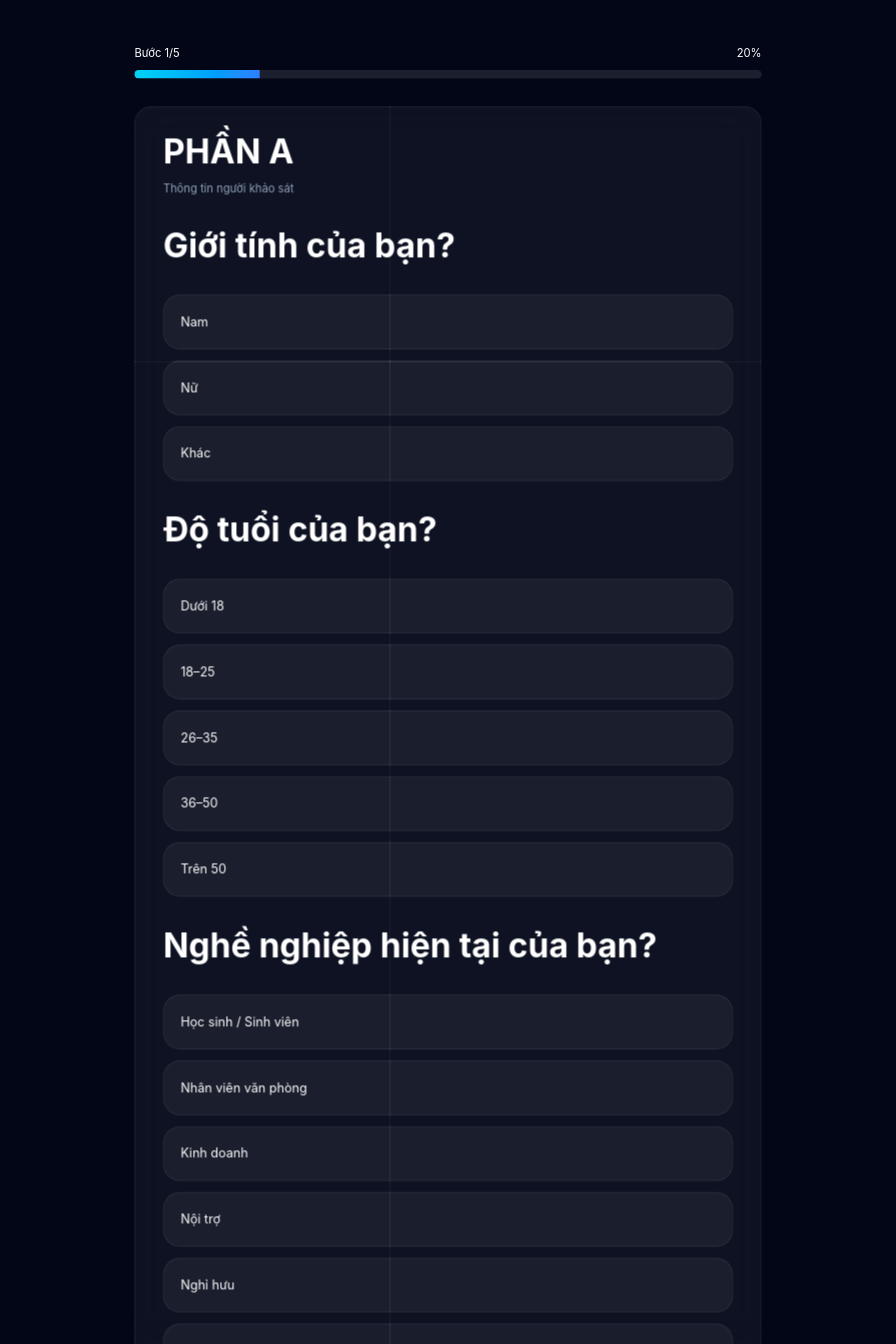
Repository: LuongPTCE181311/smart-pillow-survey
Page: /survey (app in frontend/)
These files come from the project's save history. The page is drawn as it stood at one moment and after a run of saves; the edit follows.
The browser window is 1280 px wide. The pictures show the part of the page from y = 0 to 1920 px (the page is 3074 px tall before and 2474 px after), at 70% of full size.
The project was rebuilt for these pictures with package versions that can differ from the ones it lists, and the page was loaded fresh each time. Also part of the build but not shown: frontend/vite.config.js, frontend/src/components/Navbar.jsx, frontend/src/components/AnimatedBackground.jsx, frontend/src/components/ProductShowcase.jsx, frontend/src/components/HeroSection.jsx, frontend/src/components/VideoSection.jsx, frontend/src/components/ProblemSection.jsx, frontend/src/components/SolutionSection.jsx and 2 more. Imported but missing from the stored project, and not drawn on this page: frontend/src/assets/video.mp4.

Above is the page before, as saved 2026-06-03 19:26:56.

After the next 4 saves:
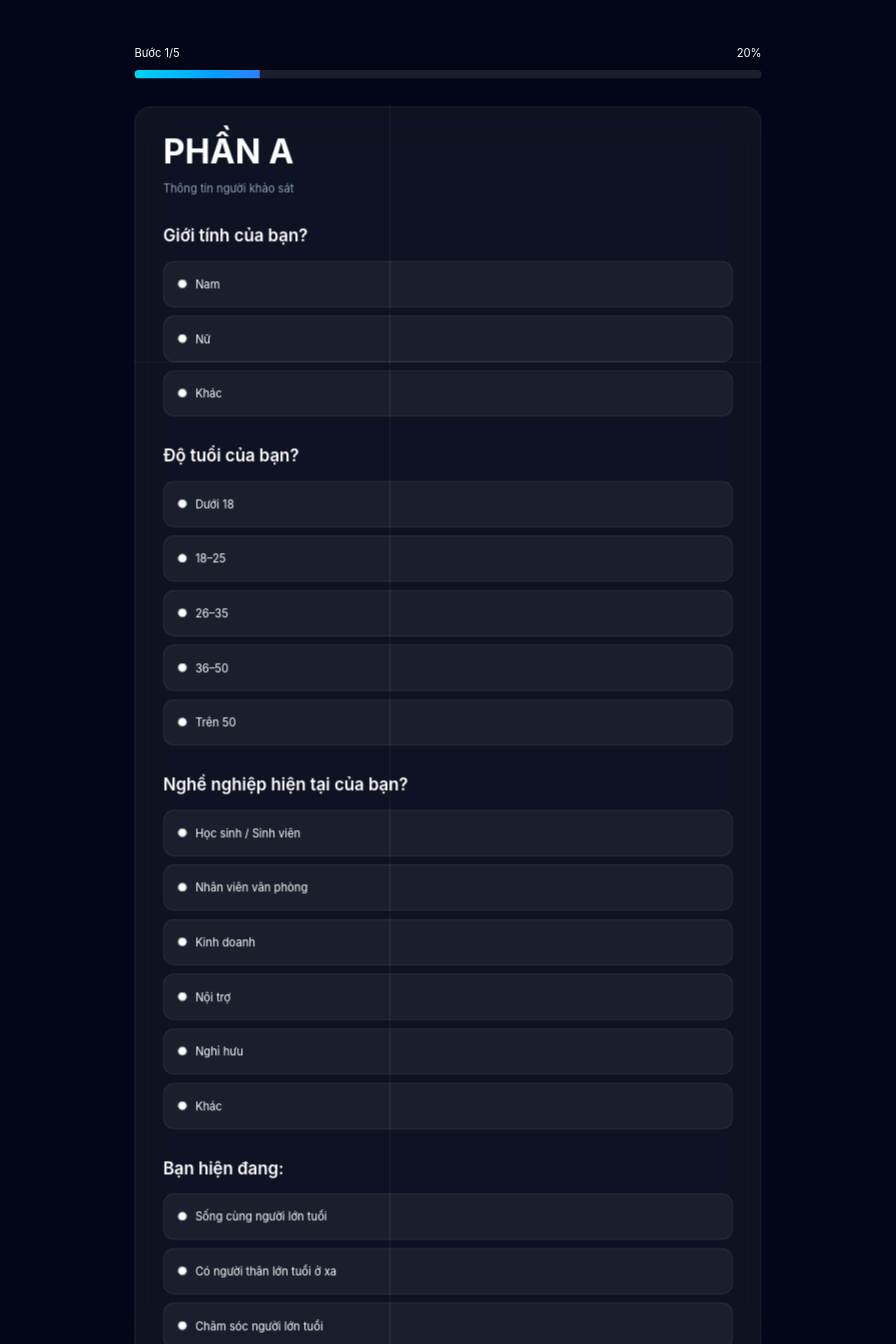
The 4 saves are shown as one change because they came seconds apart.
The last was saved 13 s later.
--- a/frontend/src/components/QuestionCard.jsx
+++ b/frontend/src/components/QuestionCard.jsx
@@ -3,55 +3,85 @@ export default function QuestionCard({ question, value, onChange }) {
     <div className="mb-10">
       <h2
         className="
-        text-4xl
-        md:text-5xl
-        font-bold
-        leading-tight
-
-        mb-10
+        text-2xl
+        font-semibold
+        mb-5
         "
       >
         {question.question}
       </h2>
       {question.type === "radio" &&
-        question.options.map((option) => {
-          const selected = value === option;
+        question.options.map((option) => (
+          <label
+            key={option}
+            className="
+            block
 
-          return (
-            <div
-              key={option}
-              onClick={() => onChange(question.id, option)}
-              className={`
-          p-6
-          rounded-3xl
-          mb-4
-          cursor-pointer
+            p-5
 
-          transition-all
-          duration-300
+            rounded-2xl
 
-          border
+            bg-white/5
 
-          ${
-            selected
-              ? `
-                border-cyan-400
-                bg-cyan-500/10
-                scale-[1.02]
-                shadow-[0_0_40px_rgba(6,182,212,0.3)]
-              `
-              : `
-                border-white/10
-                bg-white/5
-                hover:border-cyan-400/50
-              `
-          }
-        `}
-            >
-              <span className="text-lg">{option}</span>
-            </div>
-          );
-        })}
+            border
+
+            border-white/10
+
+            mb-3
+
+            cursor-pointer
+
+            hover:border-cyan-400
+            "
+          >
+            <input
+              type="radio"
+              name={question.id}
+              value={option}
+              checked={value === option}
+              onChange={(e) => onChange(question.id, e.target.value)}
+              className="mr-3"
+            />
+
+            {option}
+          </label>
+        ))}
+      {question.type === "checkbox" &&
+        question.options.map((option) => (
+          <label
+            key={option}
+            className="
+        block
+        p-5
+        rounded-2xl
+        bg-white/5
+        border
+        border-white/10
+        mb-3
+        cursor-pointer
+        hover:border-cyan-400
+        "
+          >
+            <input
+              type="checkbox"
+              checked={value?.includes(option) || false}
+              onChange={(e) => {
+                let updated = value || [];
+
+                if (e.target.checked) {
+                  updated = [...updated, option];
+                } else {
+                  updated = updated.filter((item) => item !== option);
+                }
+
+                onChange(question.id, updated);
+              }}
+              className="mr-3"
+            />
+
+            {option}
+          </label>
+        ))}
       {question.type === "textarea" && (
         <textarea
           value={value || ""}
